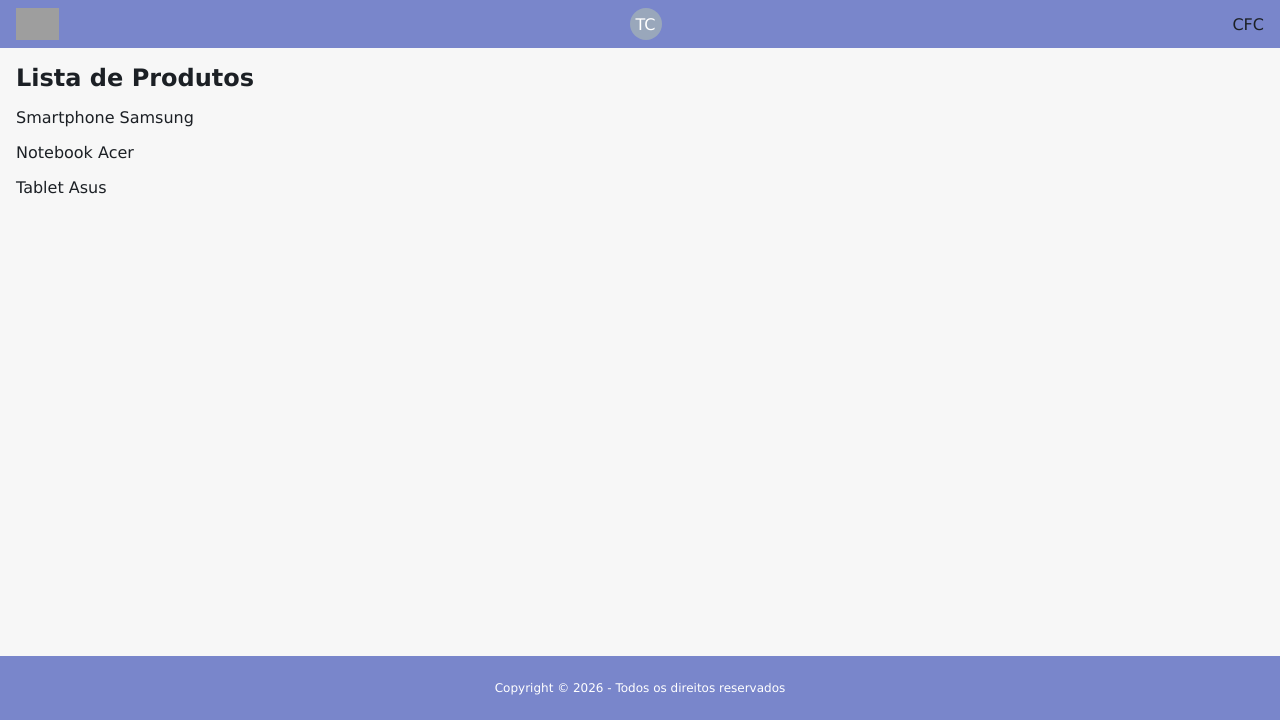
Repository: cristianfabiano/aulas-aplicativo-pwa
Page: /lista-produtos
The author's editor kept a copy of each file at every save. The page is drawn from the files as they stood at one save, then again after the next save.
The browser window is 1280 px wide. The pictures show the whole page.
Pictures or frames that could not be fetched are drawn as grey boxes. The project was rebuilt for these pictures with package versions that can differ from the ones it lists, and the page was loaded fresh each time. Also part of the build but not shown: vite.config.js, src/componentes/BotaoCustomizado/BotaoCustomizado.css, src/componentes/BotaoCustomizado/BotaoCustomizado.jsx, src/paginas/PaginaInicial/PaginaInicial.jsx, src/paginas/ListaProdutos/ListaProdutos.css.

Above is the page before, as saved 2026-03-18 21:27:10.

After the next save:
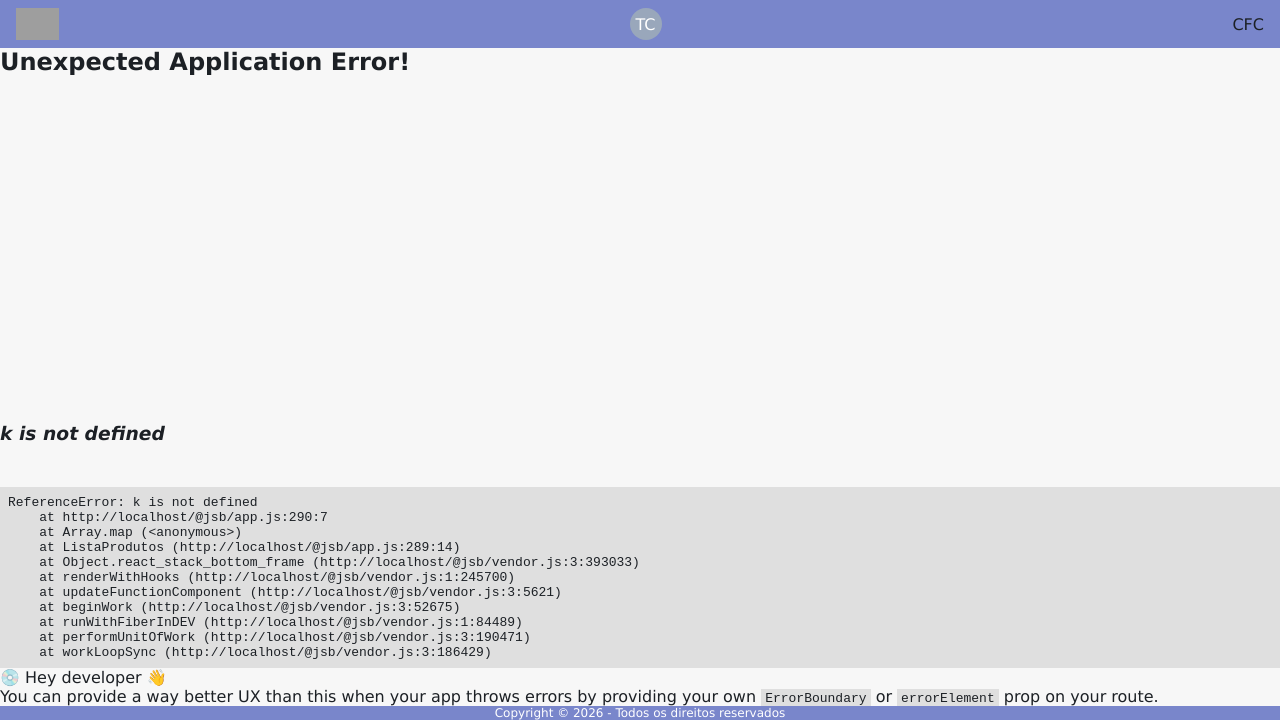
Saved 4 s later.
--- a/src/paginas/ListaProdutos/ListaProduto.jsx
+++ b/src/paginas/ListaProdutos/ListaProduto.jsx
@@ -25,7 +25,7 @@ function ListaProdutos() {
             <h2>Lista de Produtos</h2>
 
             {produtos.map((itemProduto) => {
-
+                k
                 return <div>{itemProduto.nome}</div>;
             })}
         </Principal>
